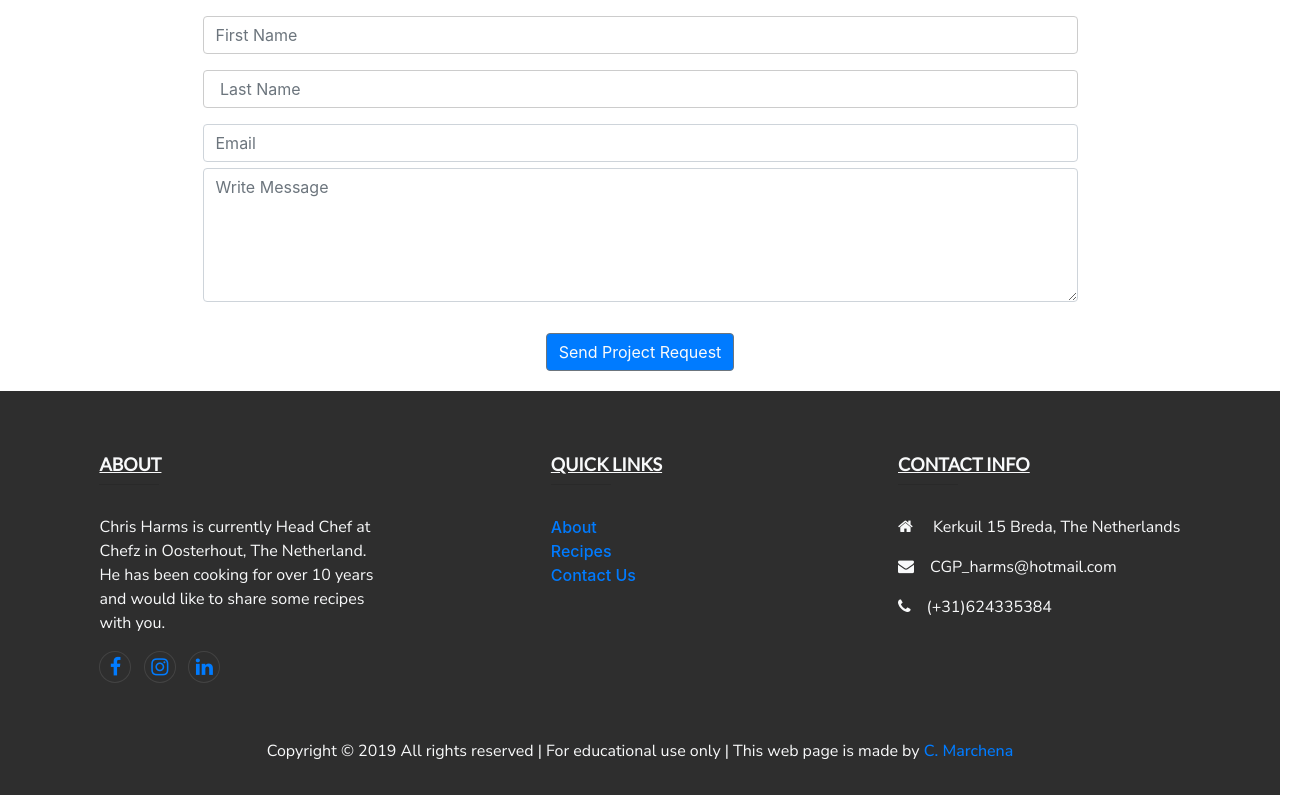
Repository: dugudugu/chris-harms-web
Page: contact.html
The author's editor kept a record of every edit. The page is drawn from the files as they stood at one moment, then again after the next edit.
The browser window is 1280 px wide. The page is 1295 px wide, so the pictures cover 1295 px, including what lies to the right of the window. The pictures show the part of the page from y = 640 to 1455 px (the page is 1435 px tall before and 1455 px after).
Some web fonts or font styles are not loaded; a fallback is used.

Above is the page before.

### contact.html
<!DOCTYPE html>
<html lang="en">

<head>
  <meta charset="UTF-8">
  <meta name="viewport" content="width=device-width, initial-scale=1.0">
  <meta http-equiv="X-UA-Compatible" content="ie=edge">
  <link href="https://stackpath.bootstrapcdn.com/bootstrap/4.3.1/css/bootstrap.min.css" rel="stylesheet" integrity="sha384-ggOyR0iXCbMQv3Xipma34MD+dH/1fQ784/j6cY/iJTQUOhcWr7x9JvoRxT2MZw1T" crossorigin="anonymous">
  <link href="https://stackpath.bootstrapcdn.com/font-awesome/4.7.0/css/font-awesome.min.css" rel="stylesheet" integrity="sha384-wvfXpqpZZVQGK6TAh5PVlGOfQNHSoD2xbE+QkPxCAFlNEevoEH3Sl0sibVcOQVnN" crossorigin="anonymous">
  <link rel="stylesheet" href="css/contact.css">
  <title> Chris Harms | Contact</title>
</head>


<body>

  <header>

    <!-- Navbar -->

    <nav class="navbar fixed-top navbar-expand-lg navbar-dark">
      <a class="navbar-brand" href="index.html"><strong>Chris Harms</strong></a>

      <button class="navbar-toggler" type="button" data-toggle="collapse" data-target="#navbarSupportedContent" aria-controls="navbarSupportedContent" aria-expanded="false" aria-label="Toggle navigation">
            <span class="navbar-toggler-icon"></span>
        </button>

      <div class="collapse navbar-collapse" id="navbarSupportedContent">
        <ul class="navbar-nav ml-auto pl-lg-5 pl-0">
          <li class="nav-item active">
            <a class="nav-link" href="about.html">About</a>
          </li>
          <li class="nav-item">
            <a class="nav-link" href="recipe.html">Recipes</a>
          </li>
          <li class="nav-item">
            <a class="nav-link active" href="contact.html">Contact Us</a>
          </li>
        </ul>
      </div>
    </nav>

    <!-- Image for the Header -->

    <div class="container-fluid p-0 m-0">
      <div class="row">
        <div class="col-12">
          <!-- Credits to http://thehampsteadkitchen.com/ for the image -->
          <img class="d-block w-100" src="http://thehampsteadkitchen.com/application/themes/thk/images/home-slider/landingSlider_01.png">
        </div>
      </div>
    </div>

  </header>

  <!-- Contact Form -->

  <section class="container-fluid">
    <div class="row bg-color-contact">
      <div class="col">
        <div class="center-form">
          <form>
            <input type="text" name="first name" id="First Name" class="form-control" placeholder="First Name" required />
            <input type="text" name="last name" id="Last Name" class="form-control" placeholder=" Last Name" required />
            <input type="email" name="email" id="Email Adress" class="form-control" placeholder="Email" required />
            <textarea rows="5" name="write message" id="Write Message" class="form-control" placeholder="Write Message" required></textarea>
            <div class="form-row text-center">
              <div class="col">
                <button type="submit" class="btn btn-secondary">Send Project Request</button>
              </div>
            </div>
          </form>
        </div>
      </div>
    </div>

  </section>

  <!-- Optional JavaScript -->
  <!-- jQuery first, then Popper.js, then Bootstrap JS -->
  <script src="https://code.jquery.com/jquery-3.3.1.slim.min.js" integrity="sha384-q8i/X+965DzO0rT7abK41JStQIAqVgRVzpbzo5smXKp4YfRvH+8abtTE1Pi6jizo" crossorigin="anonymous"></script>
  <script src="https://cdnjs.cloudflare.com/ajax/libs/popper.js/1.14.7/umd/popper.min.js" integrity="sha384-UO2eT0CpHqdSJQ6hJty5KVphtPhzWj9WO1clHTMGa3JDZwrnQq4sF86dIHNDz0W1" crossorigin="anonymous"></script>
  <script src="https://stackpath.bootstrapcdn.com/bootstrap/4.3.1/js/bootstrap.min.js" integrity="sha384-JjSmVgyd0p3pXB1rRibZUAYoIIy6OrQ6VrjIEaFf/nJGzIxFDsf4x0xIM+B07jRM" crossorigin="anonymous"></script>
</body>


<!-- Footer -->

<footer class="page-footer font-small unique-color-dark">
  <div class="container-fluid text-center text-md-left mt-5">
    <div class="row mt-3">

      <!--            About and Social Media links          -->

      <!--            About           -->
      <div class="col-md-3 col-lg-4 col-xl-3 mx-auto mb-4">
        <h6 class="text-uppercase font-weight-bold">About</h6>
        <hr class="blue-accent mb-4 mt-0 d-inline-block mx-auto " style="width: 60px; ">
        <p>Chris Harms is currently Head Chef at Chefz in Oosterhout, The Netherland. He has been cooking for over 10 years and would like to share some recipes with you.</p>

        <!--            Social Media links          -->
        <ul class="list-inline social-links ">
          <li class="list-inline-item ">
            <a href="https://www.facebook.com/Fritos-catering-204930356197964/" target="_blank">
                        <i class="fa fa-facebook"></i>
                        <span class="sr-only ">Facebook</span>
                    </a>
          </li>
          <li class="list-inline-item ">
            <a href="https://www.instagram.com/whiskeycave/" target="_blank">
                        <i class="fa fa-instagram"></i>
                        <span class="sr-only ">Instagram</span>
                    </a>
          </li>
          <li class="list-inline-item ">
            <a href="https://www.linkedin.com/in/chris-harms-b99322104/" target="_blank">
                        <i class="fa fa-linkedin"></i>
                        <span class="sr-only ">LinkedIn</span>
                    </a>
          </li>
        </ul>
      </div>

      <!--            Quick Links          -->
      <div class="col-md-3 col-lg-2 col-xl-2 mx-auto mb-4 ">
        <h6 class="text-uppercase font-weight-bold ">Quick Links</h6>
        <hr class="blue-accent accent-2 mb-4 mt-0 d-inline-block mx-auto " style="width: 60px; ">
        <ul class="quick-links list-unstyled">
          <li>
            <a href="about.html ">About</a>
          </li>
          <li>
            <a href="recipe.html ">Recipes</a>
          </li>
          <li>
            <a href="contact.html">Contact Us</a>
          </li>
        </ul>
      </div>


      <!--            Contact Info          -->
      <div class="col-md-4 col-lg-3 col-xl-3 mx-auto mb-md-0 mb-4 ">
        <h6 class="text-uppercase font-weight-bold ">Contact Info</h6>
        <hr class="blue-accent accent-2 mb-4 mt-0 d-inline-block mx-auto " style="width: 60px; ">
        <p>
          <i class="fa fa-home mr-3 "></i> Kerkuil 15 Breda, The Netherlands</p>
        <p>
          <i class="fa fa-envelope mr-3 "></i>CGP_harms@hotmail.com</p>
        <p>
          <i class="fa fa-phone mr-3 "></i>(+31)624335384</p>
      </div>
    </div>
  </div>


  <!--            Copy-Rights          -->
  <div class="footer-copyright text-center py-3 ">
    <p>Copyright &copy; 2019 All rights reserved | For educational use only | This web page is made by
      <a target=_blank href="https://www.linkedin.com/in/cindymarchena/ ">C. Marchena</a>
    </p>
  </div>


</footer>




</html>

### css/contact.css
@import url('https://fonts.googleapis.com/css?family=Grand+Hotel|Lato:|Nunito+Sans:100,200,300,400,500,600,700');

html {
    font-family: 'Nunito Sans', sans-serif;
    font-size: 1rem;
}



/* ----------------------------------------------------    Special ------------*/

.text-uppercase {
    text-transform: uppercase!important;
    font-family: 'Lato', sans-serif;
    text-decoration: underline;
}

p {
    margin-top: 0;
    margin-bottom: 1rem;
    font-family: 'Nunito Sans', sans-serif;
}




/* ----------------------------------------------------    Navbar ------------*/

.navbar {
    background-color: #212529;
    padding-left: 50px;
}

.navbar-collapse {
    padding-right: 50px;
    -ms-flex-preferred-size: 100%;
    flex-basis: 100%;
    -ms-flex-positive: 1;
    -ms-flex-align: center;
    align-items: center;
}


.navbar .nav-link {
    font-family: 'Lato', sans-serif;
    padding: 1.7rem 1rem;
    outline: none !important;
    font-size: 15px;
    text-transform: uppercase;
    letter-spacing: .2em;
    color: white !important;

}

.w-100 {
    width: 100%!important;
    height: 40em;
}

/* ----------------------------------------------------    Contact Form ------------*/




input[type=text], select, textarea {
  width: 100%;
  padding: 12px;
  border: 1px solid #ccc;
  border-radius: 4px;
  box-sizing: border-box;
  margin-top: 6px;
  margin-bottom: 16px;
  resize: vertical
}

button[type="submit"] {
    margin-top: 15px;
    margin-bottom: 20px;
    color: #fafafa;
    background-color: #007bff;
}


input[type=submit]:hover {
  background-color: #2e2e2e;
}

.center-form {
    padding-top: 10px;
    margin: 0 auto;
    max-width: 70%;
}




/* ----------------------------------------------------    Footer ------------*/

.page-footer {
    width: 100%;
    padding-right: 15px;
    padding-left: 15px;
    padding-top: 15px;
    margin-right: auto;
    margin-left: auto;
    color: #f8f9fa !important;
    background-color: #2e2e2e !important;
}

.font-weight-bold {
    font-weight: 700!important;
    font-size: 18px;
}

.social-links li a i {
    width: 32px;
    height: 32px;
    padding: 12px 0;
    border-radius: 50%;
    font-size: 20px;
    line-height: 7px;
    text-align: center;
    color: #007bff;
    background-color: #2E2E2E;
    border: 1px solid rgba(255, 255, 255, 0.1);
    transition: all .35s ease-in-out;
    -moz-transition: all .35s ease-in-out;
    -webkit-transition: all .35s ease-in-out;
    -o-transition: all .35s ease-in-out;
}

.social-links li a i:hover {
    background-color: #fafafa;
    color: #000000;
}

.quick-links li a {
    font-weight: 500;
    color: #007bff;
    padding-bottom: 20px;
    transition: all .35s ease-in-out;
    -moz-transition: all .35s ease-in-out;
    -webkit-transition: all .35s ease-in-out;
    -o-transition: all .35s ease-in-out;
}

.quick-links li a:hover {
    color: #fafafa;
}

.footer-copyright p a {
    font-weight: 500;
    color: #007bff;
    padding-bottom: 20px;
    transition: all .35s ease-in-out;
    -moz-transition: all .35s ease-in-out;
    -webkit-transition: all .35s ease-in-out;
    -o-transition: all .35s ease-in-out;
}

.footer-copyright p a:hover {
    color: #fafafa;
}


/* ----------------------------------------------------    Media Q ------------*/

@media only screen and (max-width: 768px) {
    .navbar {
        background-color: #2e2e2e;
    }
}


@media only screen and (max-width: 768px) {
    .w-100 {
        width: 100%!important;
        height: 25em;
    }
}

After the next edit:
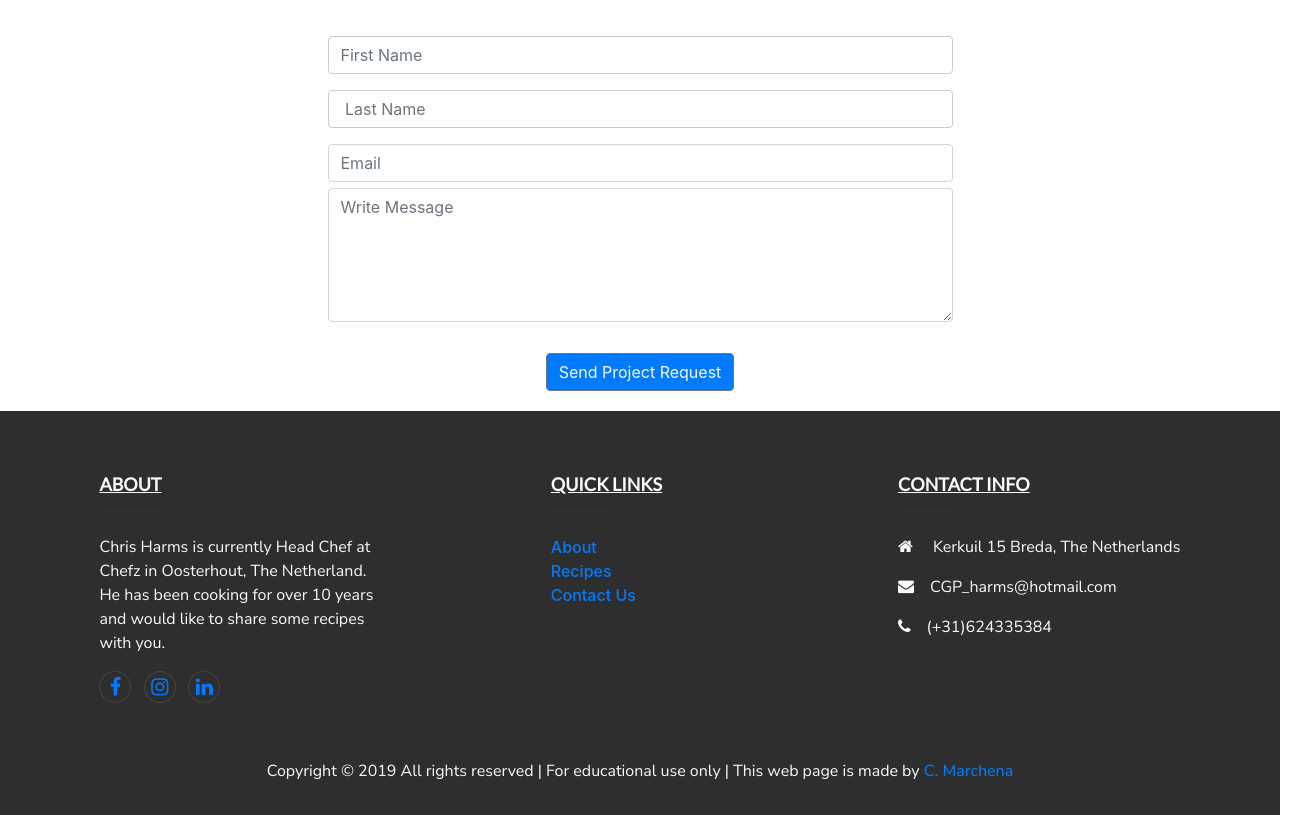
The edit:
--- a/css/contact.css
+++ b/css/contact.css
@@ -178,3 +178,12 @@
         height: 25em;
     }
 }
+
+@media(min-width: 992px) {
+    .center-form {
+        padding-top: 30px;
+        min-height: 240px;
+        margin: 0 auto;
+        max-width: 50%;
+    }
+}
